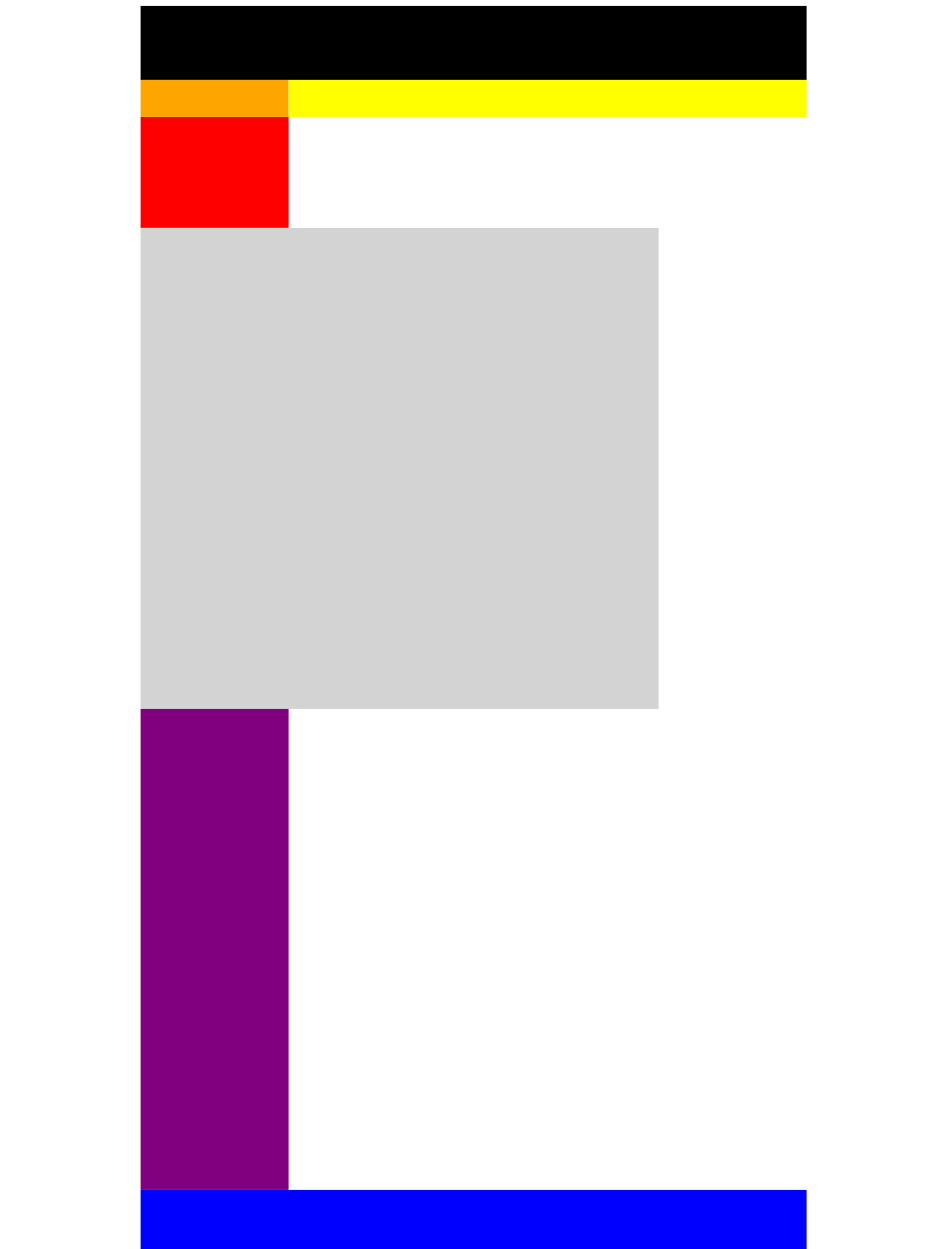
Repository: marudaga/html-css-lecture
Page: work/study/src/main/webapp/htmlEx/ch03/quiz.html
The author's editor kept a copy of each file at every save. The page is drawn from the files as they stood at one save, then again after the next save.
The browser window is 1280 px wide. The pictures show the whole page, at 74% of full size.

Above is the page before, as saved 2022-09-06 12:50:01.

### work/study/src/main/webapp/htmlEx/ch03/quiz.html
<!DOCTYPE html>
<html>
<head>

<meta charset="UTF-8">
<style type="text/css">
.box {
	width: 900px;
	height: 100px;
}

.box2 {
	width: 200px;
	height: 50px;
}

.box3 {
	width: 700px;
	height: 50px;
}

.box4 {
	width: 200px;
	height: 150px;
}

.box5 {
	width: 200px;
	height: 650px;
}

.box6 {
	width: 700px;
	height: 650px;
}

.box7 {
	width: 900px;
	height: 80px;
}
</style>
<title>몬드리안의 차가운 추상</title>
</head>

<body style=" text-align: center;">
	<div style="text-align: center;width:900px;height:880px;margin: 0 auto;">
		<div class="box" style="background: black"></div>
		<div>
			<div class="box2" style="float: left; background: orange"></div>
			<div class="box3" style="float: left; background: yellow"></div>
		</div>
		<div style="clear: both"></div>
		<div>
			<div class="box4" style=" background: red; "></div>
			<div class="box6" style=" background: lightgray;"></div>
			<div class="box5" style="background: purple;float: left;"></div>
		</div>

		<div style="clear: both"></div>
		<div class="box7" style="background: blue;"></div>
	</div>

</body>
</html>

After the next save:
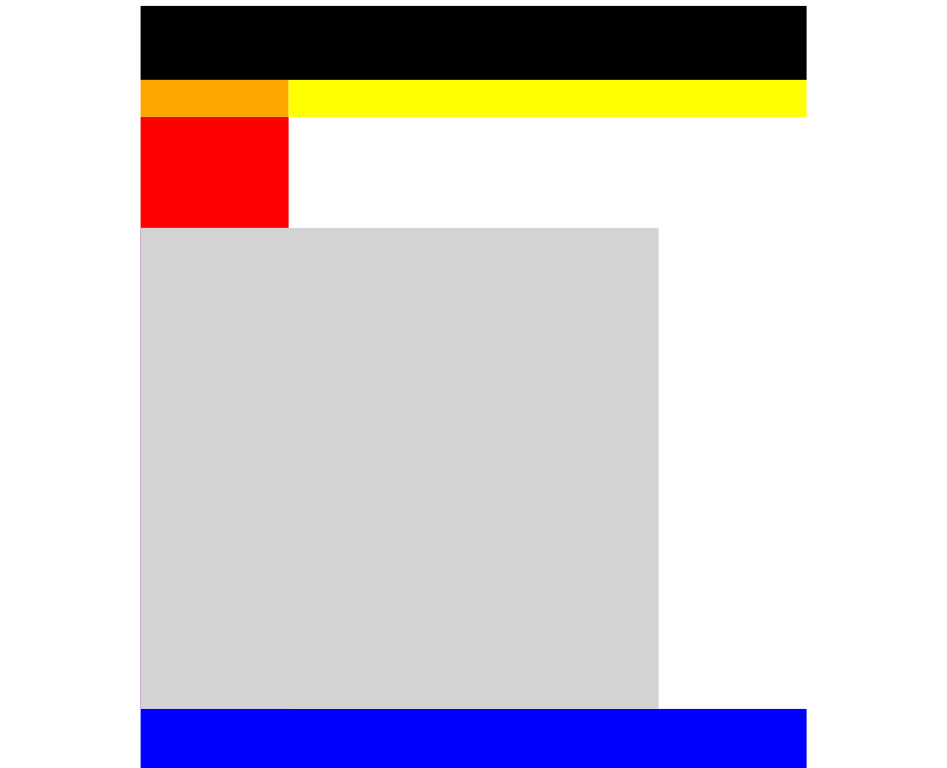
Saved 67 s later.
--- a/work/study/src/main/webapp/htmlEx/ch03/quiz.html
+++ b/work/study/src/main/webapp/htmlEx/ch03/quiz.html
@@ -52,8 +52,8 @@
 		<div style="clear: both"></div>
 		<div>
 			<div class="box4" style=" background: red; "></div>
-			<div class="box6" style=" background: lightgray;"></div>
-			<div class="box5" style="background: purple;float: left;"></div>
+			<div class="box6" style="float: left; background: lightgray;"></div>
+			<div class="box5" style="background: purple;"></div>
 		</div>
 
 		<div style="clear: both"></div>
